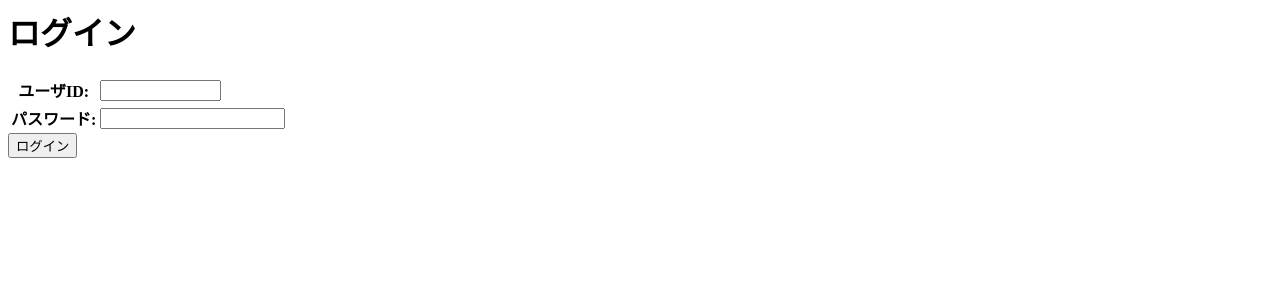
Repository: smicle/milestone
Page: http://localhost/html/login.php
An editor plug-in stored every save of this project. The page is shown before and after the next save, followed by the edit.
The browser window is 1280 px wide. The pictures show the whole page.
The page is run by PHP 8.4 with error messages shown; the project is at /var/www/html/.

Above is the page before, as saved 2019-02-14 14:01:53.

After the next save:
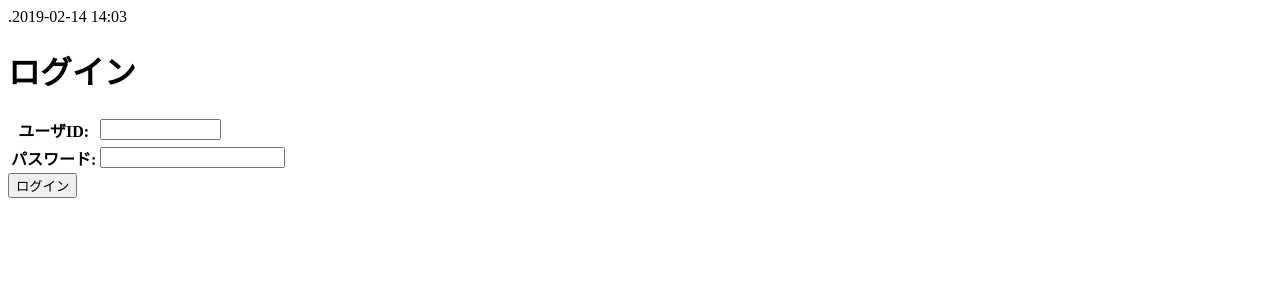
Saved 87 s later.
--- a/html/login.php
+++ b/html/login.php
@@ -13,7 +13,7 @@
   <meta http-equiv="X-UA-Compatible" content="ie=edge">
   <!-- <link rel="stylesheet" href="css/default.css" type="text/css"> -->
   <title>ログイン</title>
-</head>
+</head>.2019-02-14 14:03
 
 <body>
   <h1>ログイン</h1>

After the save that followed:
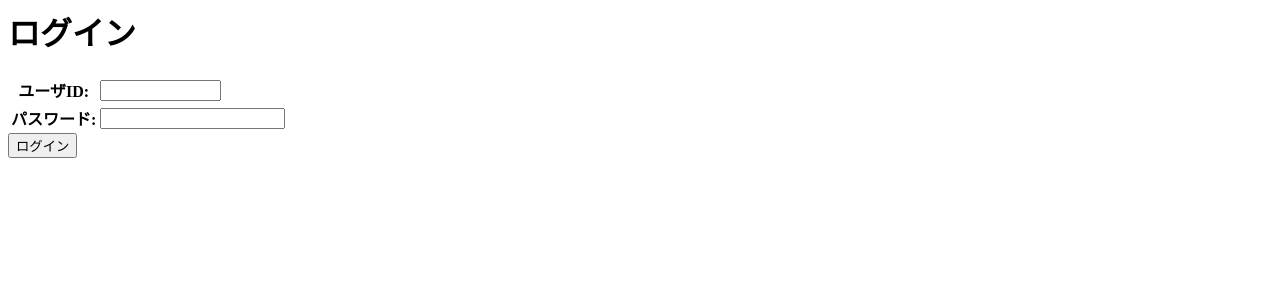
Saved 4 s later.
--- a/html/login.php
+++ b/html/login.php
@@ -13,7 +13,7 @@
   <meta http-equiv="X-UA-Compatible" content="ie=edge">
   <!-- <link rel="stylesheet" href="css/default.css" type="text/css"> -->
   <title>ログイン</title>
-</head>.2019-02-14 14:03
+</head>
 
 <body>
   <h1>ログイン</h1>
